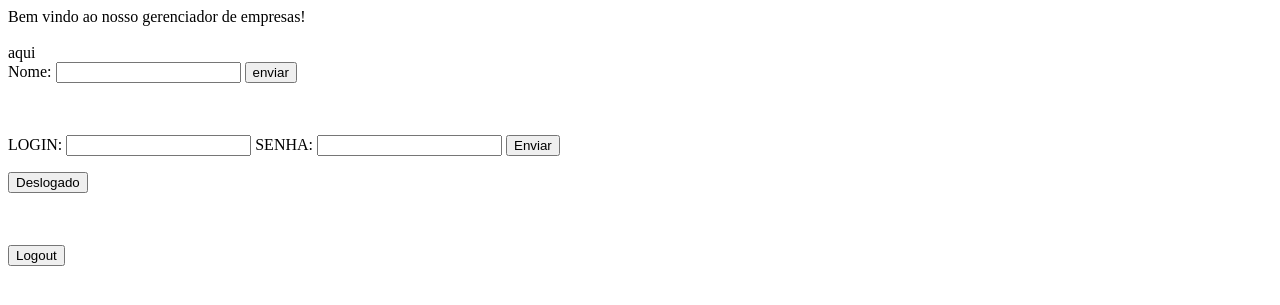
Repository: silllvio/alura
Page: http://localhost/gerenciador/
These files come from the project's save history. The page is drawn as it stood at one moment and after the next save; the edit follows.
The browser window is 1280 px wide. The pictures show the whole page.
The page is served by Tomcat 9.

Above is the page before, as saved 2016-11-28 01:13:53.

After the next save:
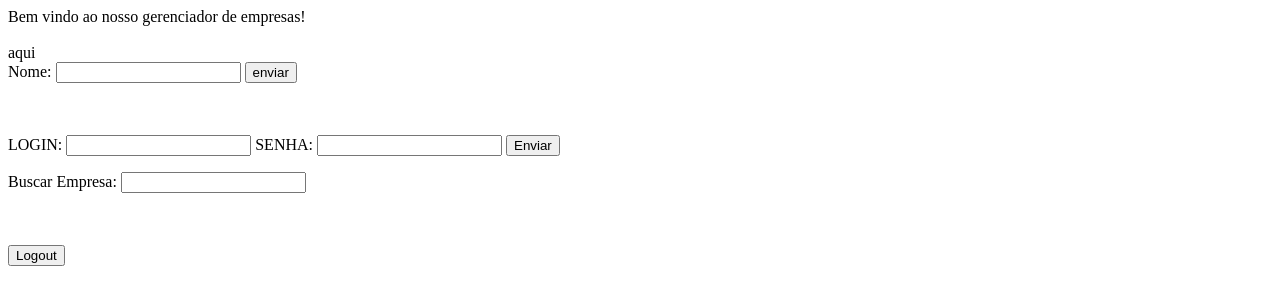
Saved 2 min 43 s later.
--- a/workspace/gerenciador/WebContent/index.jsp
+++ b/workspace/gerenciador/WebContent/index.jsp
@@ -30,8 +30,10 @@ ${usuarioLogado}   aqui
 
 </form>
 
-<form action="logout" method="POST">
-<input type="submit" value = "Deslogado" />
+
+<form action="control?tarefa=BuscaEmpresa" method="POST">
+	Buscar Empresa: <input type = "text" name= "empresa"/>
+
 </form>
 
 <br>
